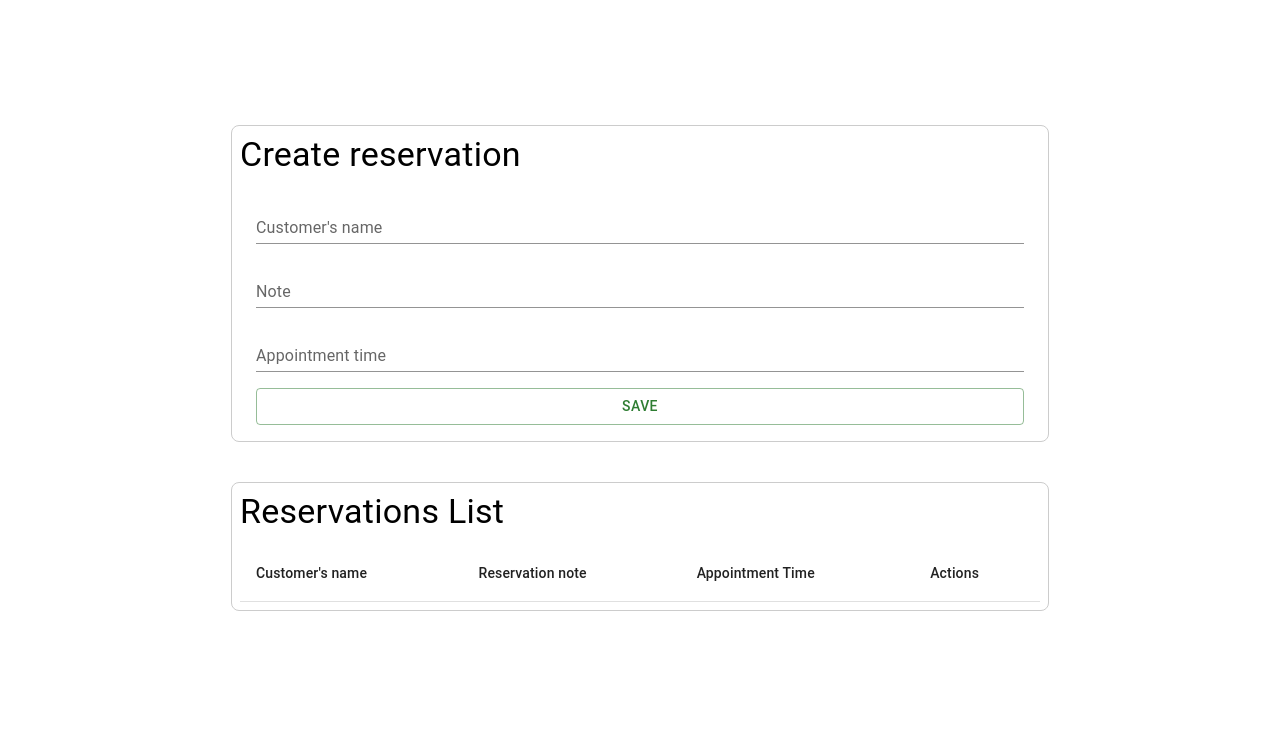
Repository: dovix58/PSP
Page: /beauty (app in frontEnd/)
The author's editor kept a copy of each file at every save. The page is drawn from the files as they stood at one save, then again after a run of saves.
The browser window is 1280 px wide. The pictures show the whole page.
The page's requests for data from a server got no answer. The project was rebuilt for these pictures with package versions that can differ from the ones it lists, and the page was loaded fresh each time. No one was signed in, and anything a server would have sent is missing. Also part of the build but not shown: frontEnd/vite.config.ts, frontEnd/src/LandingPage.tsx, frontEnd/src/api/productAPI.ts, frontEnd/src/CreateOrder.tsx, frontEnd/src/api/OrderApi.ts, frontEnd/src/PaymentModal.tsx, frontEnd/src/OrderList.tsx, frontEnd/src/Styles.ts and 3 more.

Above is the page before, as saved 2024-12-19 13:47:38.

### frontEnd/src/main.tsx
import React from 'react';
import ReactDOM from 'react-dom/client';
import {createBrowserRouter, RouterProvider} from "react-router-dom";
import LandingPage from "./LandingPage";
import CateringPage from "./CatringPage";
import BeautyPage from "./BeautyPage";

const router = createBrowserRouter([
    {
        path: '/',
        element: <LandingPage />
    },
    {
        path: '/catering',
        element: <CateringPage />
    },
    {
        path: "/beauty",
        element: <BeautyPage/>
    }
]);
ReactDOM.createRoot(
    document.getElementById('root') as HTMLElement
).render(
    <React.StrictMode>
        <RouterProvider router={router} />
    </React.StrictMode>
);

### frontEnd/src/BeautyPage.tsx
import React from "react";
import { Box } from "@mui/material";
import ReservationList from "./ReservationList";
import CreateReservation from "./CreateReservation";

export default function BeautyPage() {
  return (
    <Box
      component="div"
      sx={{
        display: "flex",
        flexDirection: "column",
        alignItems: "center",
        justifyContent: "center",
        height: "100vh",
        gap: 3,
      }}
    >
      <CreateReservation />
      <ReservationList />
    </Box>
  );
}

### frontEnd/src/ReservationList.tsx
import React, { useEffect, useState } from "react";
import { format } from "date-fns";
import {
  Box,
  Typography,
  CircularProgress,
  Table,
  TableContainer,
  TableHead,
  TableRow,
  TableCell,
  TableBody,
  Button,
} from "@mui/material";

interface Reservation {
  id: string; // UUID
  businessId: string; // UUID
  userId: string; // UUID
  customer: string;
  note: string;
  createdAt: string; // ISO 8601 DateTime format
  updatedAt: string; // ISO 8601 DateTime format
  appointmentTime: string; // ISO 8601 DateTime format
}

type ReservationsResponse = Reservation[];

export default function ReservationList() {
  const [reservations, setReservations] = useState<null | ReservationsResponse>(
    null
  );
  const [isLoading, setIsLoading] = useState(false);

  //Handler for a delete button
  const onDeleteHandler = async (id: string) => {
    try {
      const success = await deleteReservations(id);
      if (success) {
        await getReservations(); // Fetch updated reservations only on success
      }
    } catch (error) {
      console.error("Error during deletion:", error);
    }
  };

  const deleteReservations = async (id: string): Promise<boolean> => {
    try {
      const response = await fetch(`api/v1/reservations/${id}`, {
        method: "DELETE",
      });
      if (response.status === 204) {
        console.log("Reservation deleted successfully.");
        return true;
      } else {
        console.error("Failed to delete the reservation.");
        return false;
      }
    } catch (error) {
      console.error("Error during deletion:", error);
      return false;
    }
  };

  const getReservations = async () => {
    setIsLoading(true);
    try {
      const res = await fetch("api/v1/reservations");
      const resData = await res.json();
      console.log(resData);
      setReservations(resData);
      setIsLoading(false);
    } catch (e) {
      setIsLoading(false);
      console.error("Error fetching reservations:", e);
    }
  };

  useEffect(() => {
    getReservations();
  }, []);
  return (
    <Box
      sx={{
        border: "1px solid #ccc",
        borderRadius: "8px",
        padding: "8px",
        margin: "8px 0",
        maxHeight: 400,
        width: 800,
        overflowY: "auto",
      }}
    >
      <Typography variant="h4" gutterBottom>
        Reservations List
      </Typography>{" "}
      {isLoading ? (
        <CircularProgress />
      ) : reservations != null && reservations.length === 0 ? (
        <Typography variant="h6">No reservations are made...</Typography>
      ) : (
        <TableContainer>
          <Table>
            <TableHead>
              <TableRow>
                <TableCell align="left">Customer's name</TableCell>
                <TableCell align="left">Reservation note</TableCell>
                <TableCell align="left">Appointment Time</TableCell>
                <TableCell align="left">Actions</TableCell>
              </TableRow>
            </TableHead>
            <TableBody>
              {reservations?.map((r, index) => (
                <TableRow key={r.id}>
                  <TableCell align="left">{r.customer}</TableCell>
                  <TableCell align="left">{r.note}</TableCell>
                  <TableCell align="left">
                    {format(new Date(r.appointmentTime), "MMMM d, yyyy hh:mm ")}
                  </TableCell>
                  <TableCell align="left">
                    <Button
                      variant="outlined"
                      color="error"
                      onClick={() => onDeleteHandler(r.id)}
                    >
                      Delete
                    </Button>
                  </TableCell>
                </TableRow>
              ))}
            </TableBody>
          </Table>
        </TableContainer>
      )}
    </Box>
  );
}

### frontEnd/src/CreateReservation.tsx
import React from "react";
import { Box, Typography, TextField, Stack, Button } from "@mui/material";

export default function CreateReservation() {
  return (
    <Box
      sx={{
        border: "1px solid #ccc",
        borderRadius: "8px",
        padding: "8px",
        margin: "8px 0",
        maxHeight: 400,
        width: 800,
        overflowY: "auto",
      }}
    >
      <Typography variant="h4" gutterBottom>
        Create reservation
      </Typography>
      <Box sx={{ display: "flexColumn", px: 2, py: 1 }}>
        <form>
          <Stack spacing={2}>
            <TextField id="name" label="Customer's name" variant="standard" />
            <TextField id="note" label="Note" variant="standard" />
            <TextField id="time" label="Appointment time" variant="standard" />
            <Button variant="outlined" color="success">
              Save
            </Button>
          </Stack>
        </form>
      </Box>
    </Box>
  );
}

Loaded but not shown: frontEnd/index.html (common file)

After the next 2 saves:
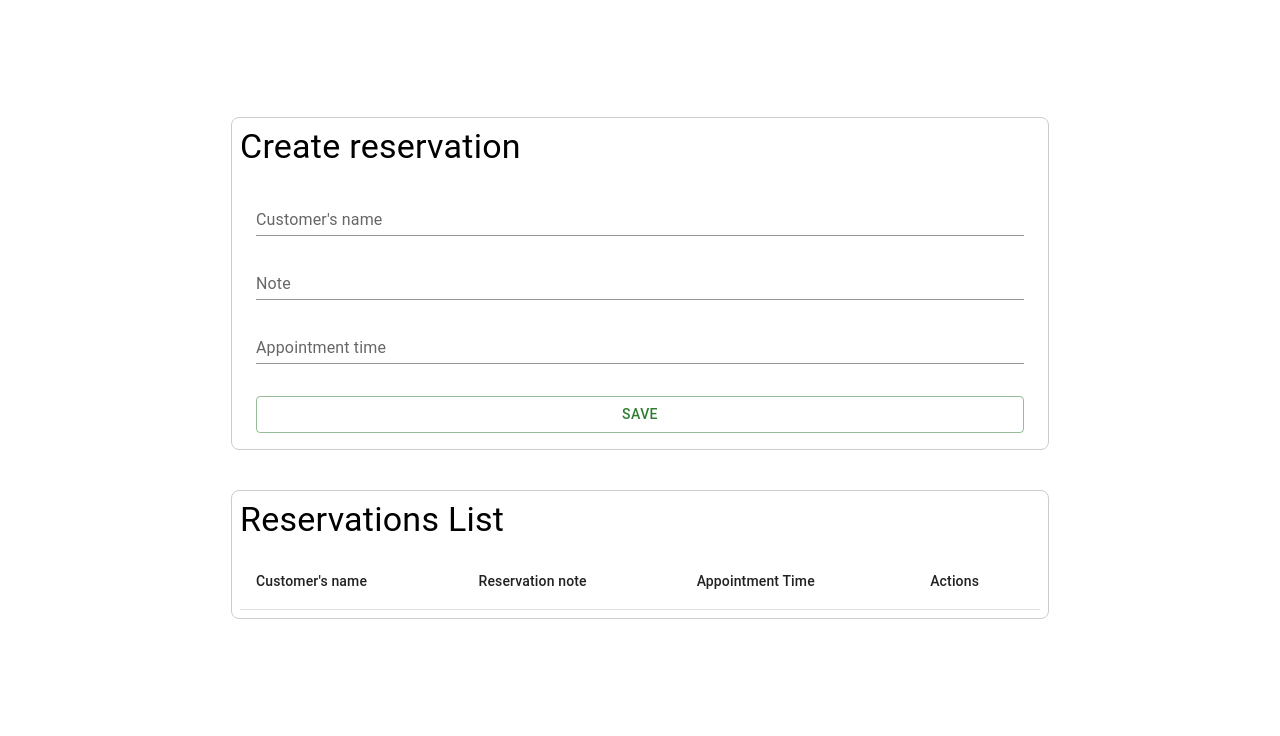
The 2 saves are shown as one change because they came seconds apart.
The last was saved 38 s later.
--- a/frontEnd/src/CreateReservation.tsx
+++ b/frontEnd/src/CreateReservation.tsx
@@ -23,6 +23,7 @@
             <TextField id="name" label="Customer's name" variant="standard" />
             <TextField id="note" label="Note" variant="standard" />
             <TextField id="time" label="Appointment time" variant="standard" />
+            <Stack></Stack>
             <Button variant="outlined" color="success">
               Save
             </Button>

After the 3 saves that followed:
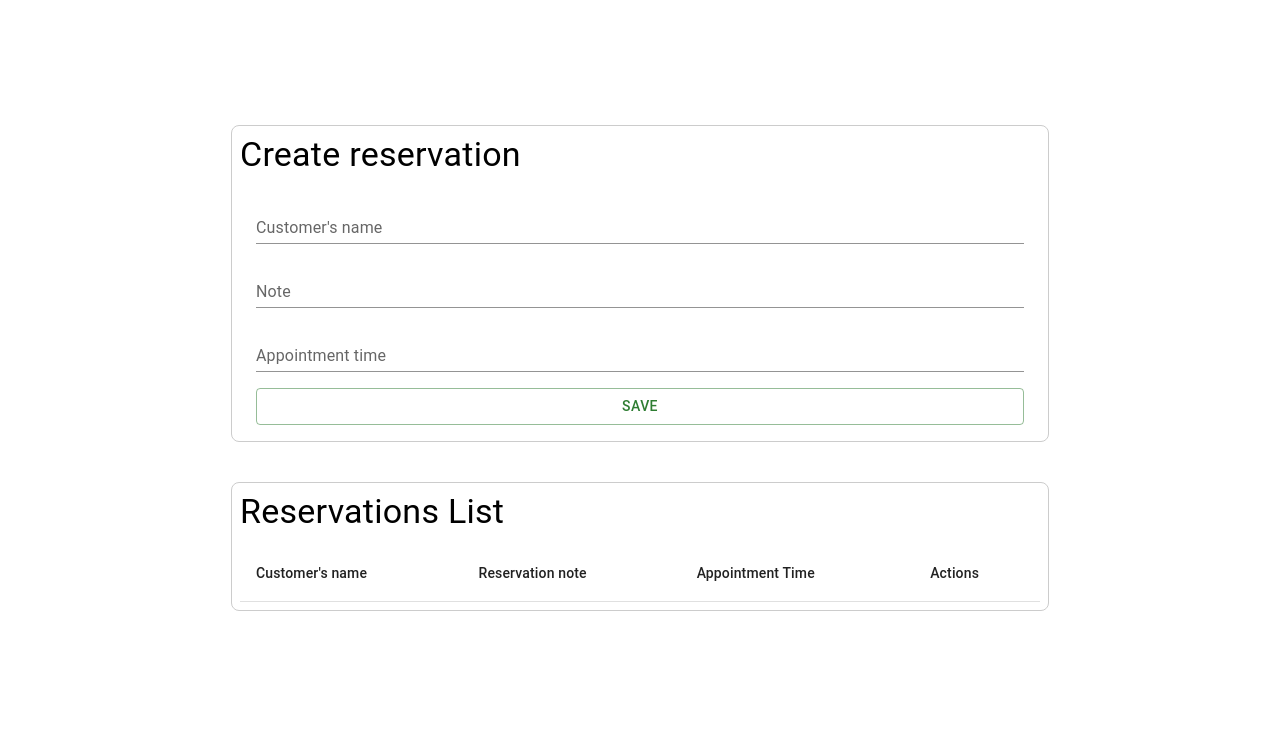
The 3 saves are shown as one change because 1 left the picture as it was and some came seconds apart.
The last was saved 11 s later.
--- a/frontEnd/src/CreateReservation.tsx
+++ b/frontEnd/src/CreateReservation.tsx
@@ -23,10 +23,11 @@
             <TextField id="name" label="Customer's name" variant="standard" />
             <TextField id="note" label="Note" variant="standard" />
             <TextField id="time" label="Appointment time" variant="standard" />
-            <Stack></Stack>
-            <Button variant="outlined" color="success">
-              Save
-            </Button>
+            <Stack dierction="row">
+              <Button variant="outlined" color="success">
+                Save
+              </Button>
+            </Stack>
           </Stack>
         </form>
       </Box>
